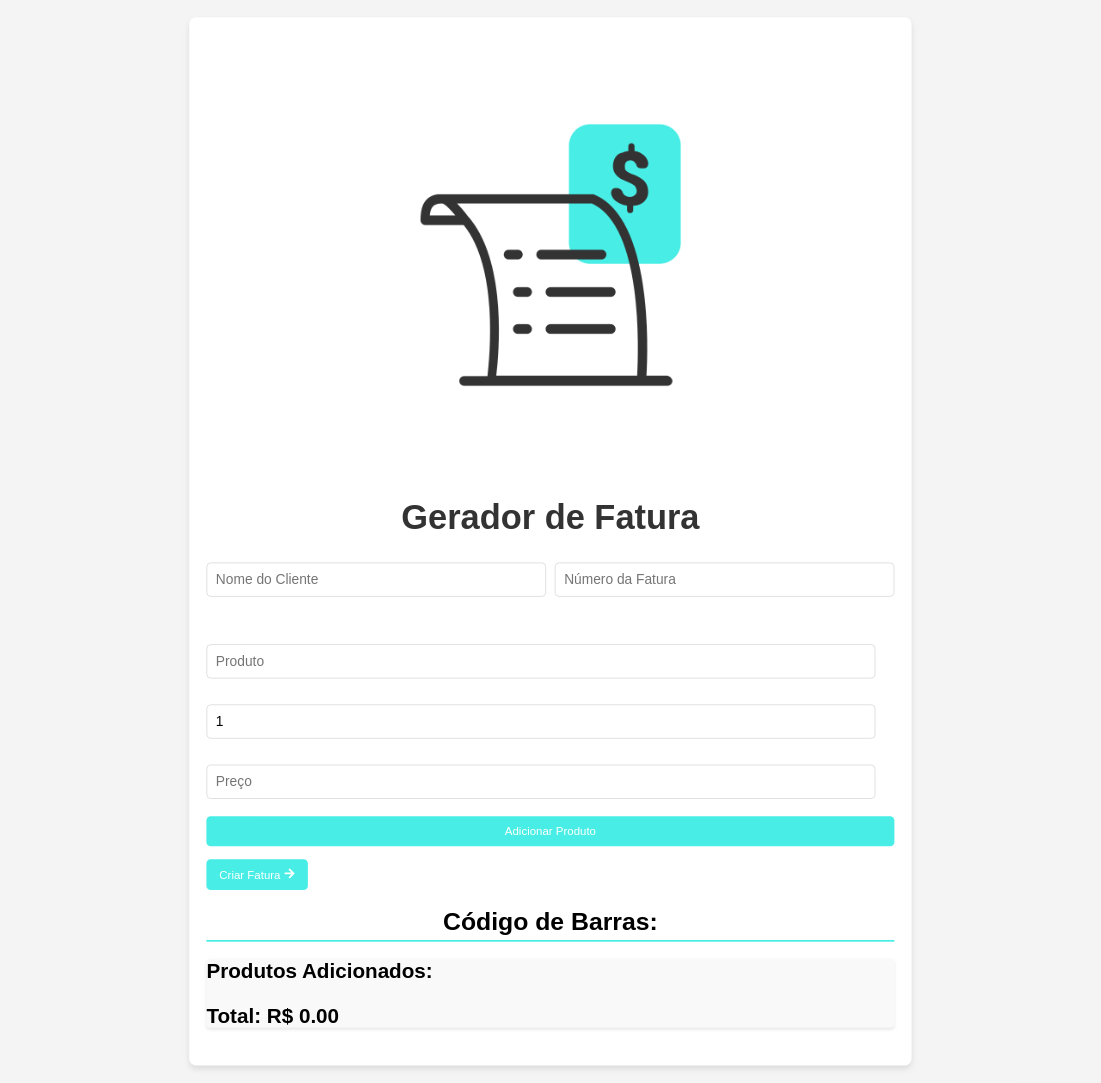
Repository: devthmedu/Invoice-Generator
Page: /
The author's editor kept a copy of each file at every save. The page is drawn from the files as they stood at one save, then again after the next save.
The browser window is 1280 px wide. The pictures show the whole page, at 86% of full size.
The project was rebuilt for these pictures with package versions that can differ from the ones it lists, and the page was loaded fresh each time. Also part of the build but not shown: vite.config.js, src/Componete/Template.jsx.

Above is the page before, as saved 2024-07-16 22:29:23.

After the next save:
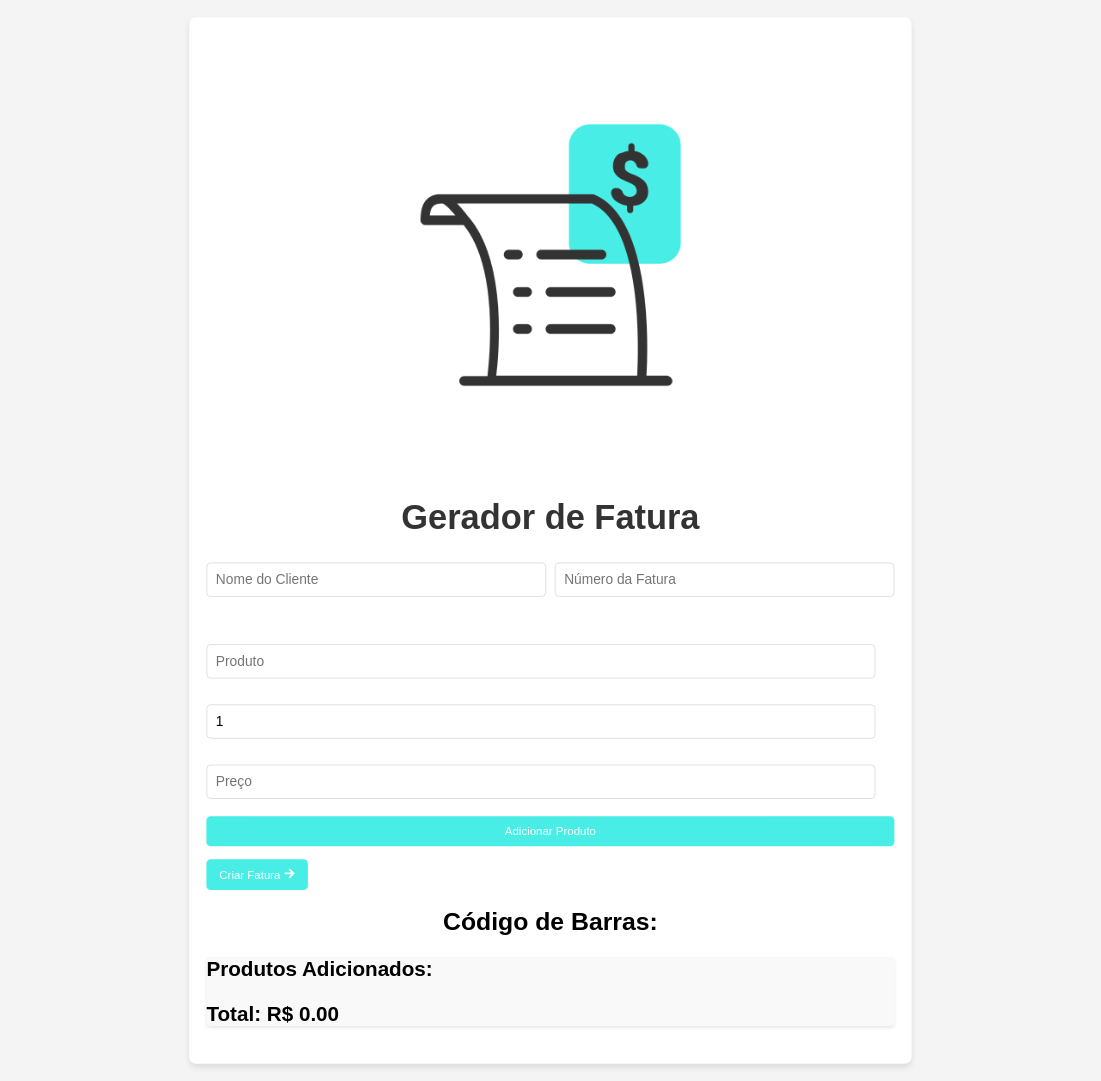
Saved 117 s later.
--- a/src/Componete/Template.css
+++ b/src/Componete/Template.css
@@ -4,19 +4,19 @@
   max-width: 900px;
   margin: 40px auto;
   padding: 30px;
-  border: 1px solid #e0e0e0;
+  border: 1px solid #48ede5; /* Border to match brand color */
   border-radius: 10px;
   box-shadow: 0 4px 20px rgba(0, 0, 0, 0.1);
-  background-color: #ffffff;
+  background-color: #f9f9f9; /* Light background for invoice */
   font-family: 'Arial', sans-serif;
   color: #333;
   position: relative;
-  text-align: center; /* Center the logo */
+  text-align: center;
 }
 
 .pdf-logo {
-  max-width: 150px; /* Adjust logo size */
-  margin: 0 auto 20px; /* Center and add margin */
+  max-width: 150px; /* Logo size */
+  margin: 0 auto 20px; /* Center logo */
 }
 
 .pdf-container:before {
@@ -26,21 +26,20 @@
   left: 0;
   right: 0;
   height: 20px;
-  background: linear-gradient(to right, #48ede5, #00C6FF); /* Gradient using logo color */
+  background: #48ede5; /* Solid color to match logo */
   border-radius: 10px 10px 0 0;
 }
 
 h1 {
   font-size: 2.5em;
   margin-bottom: 20px;
-  color: #48ede5; /* Main brand color */
+  color: #48ede5;
 }
 
 h2 {
   font-size: 1.8em;
   margin-top: 20px;
   margin-bottom: 10px;
-  border-bottom: 2px solid #48ede5; /* Brand color */
   padding-bottom: 5px;
 }
 
@@ -59,14 +58,15 @@ h3 {
   justify-content: space-between;
   align-items: center;
   padding: 15px;
+  border: 1px solid #ddd; /* Border for each item */
   border-radius: 8px;
-  background-color: #f9f9f9;
+  background-color: #ffffff; /* White background for items */
   margin-bottom: 10px;
   transition: background-color 0.3s;
 }
 
 .product-list li:hover {
-  background-color: #f1f1f1;
+  background-color: #f1f1f1; /* Hover effect */
 }
 
 .product-list li span {
